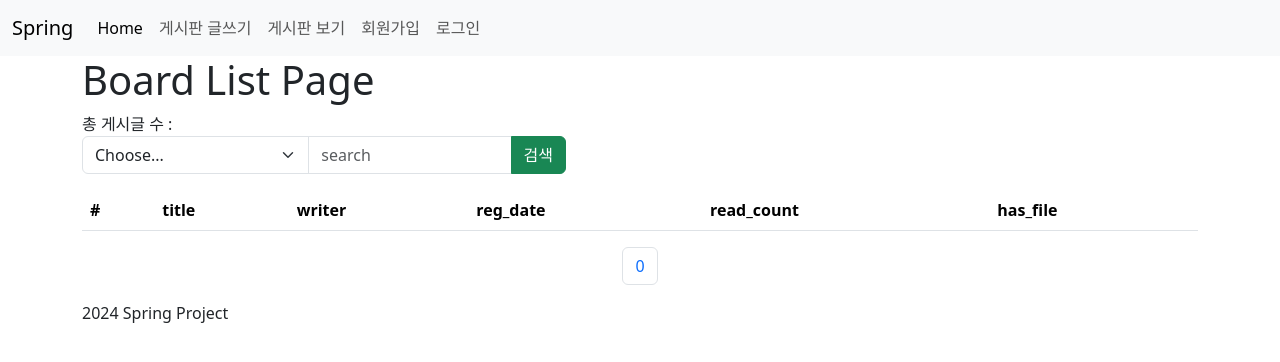
Repository: havanara/240423_SPRING_Project
Page: http://localhost/spring_study/WEB-INF/views/board/list.jsp
An editor plug-in stored every save of this project. The page is shown before and after the next save, followed by the edit.
The browser window is 1280 px wide. The pictures show the whole page.
The page is served by Tomcat 9. Nobody is signed in. The template is opened directly, without the code that normally fills it, so the values that code supplies are empty.

Above is the page before, as saved 2024-04-30 05:57:21.

### spring_study/src/main/webapp/WEB-INF/views/board/list.jsp
<%@ page language="java" contentType="text/html; charset=UTF-8"
    pageEncoding="UTF-8"%>
    <%@taglib uri="http://java.sun.com/jsp/jstl/core" prefix="c"%>

<jsp:include page="../layout/header.jsp" />

<div class="container-md">
	<h1>Board List Page</h1>
	<span>총 게시글 수 : ${ph.totalCount }</span>

	<!-- 검색 라인 -->
	<form action="/board/list" method="get" class="row g-3">
		<div class="input-group mb-3" style="width: 500px;">
			<select class="form-select" name="type" aria-label="Default select example">
			<!-- == 처리해도 되고 eq 처리해도 됨 둘다 같으면 이라는 같은 의미 -->
			  <option ${ph.pgvo.type == null? 'selected' : ''} selected>Choose...</option>
			  <option value="t" ${ph.pgvo.type eq 't'? 'selected' : ''}>title</option>
			  <option value="w" ${ph.pgvo.type eq 'w'? 'selected' : ''}>writer</option>
			  <option value="c" ${ph.pgvo.type eq 'c'? 'selected' : ''}>content</option>
			  <option value="tc" ${ph.pgvo.type eq 'tc'? 'selected' : ''}>title&content</option>
			  <option value="wc" ${ph.pgvo.type eq 'wc'? 'selected' : ''}>writer&content</option>
			  <option value="tw" ${ph.pgvo.type eq 'tw'? 'selected' : ''}>title&writer</option>
			  <option value="twc" ${ph.pgvo.type eq 'twc'? 'selected' : ''}>all</option>
			</select>
			<input class="form-control" name="keyword" type="text" value="${ph.pgvo.keyword }"
			placeholder="search" aria-label="default input example">
			<input type="hidden" name="pageNo" value="1">
			<input type="hidden" name="qty" value="10">
			<button type="submit" class="btn btn-success">검색</button>
		</div>
	</form>

	<table class="table table-hover">
		<thead>
			<tr>
				<th>#</th>
				<th>title</th>
				<th>writer</th>
				<th>reg_date</th>
				<th>read_count</th>
				<th>has_file</th>
			</tr>
		</thead>
		<tbody class="table-group-divider">
		<c:forEach items="${list }" var="bvo">
			<tr>
				<td>${bvo.bno }</td>
				<td><a href="/board/detail?bno=${bvo.bno }">${bvo.title } (${bvo.cmt_qty })</a></td>
				<td>${bvo.writer }</td>
				<td>${bvo.reg_date }</td>
				<td>${bvo.read_count }</td>
				<td>${bvo.has_file }</td>
			</tr>
		</c:forEach>
		</tbody>
	</table>

	<!-- 페이지네이션 라인 -->
	<nav aria-label="Page navigation example">
		<ul class="pagination justify-content-center">
			<c:if test="${ph.prev }">
				<li class="page-item">
					<a class="page-link" href="/board/list?pageNo=${ph.startPage-1 }&qty=${ph.pgvo.qty}
					&type=${ph.pgvo.type}&keyword=${ph.pgvo.keyword}">이전</a>
				</li>
			</c:if>

			<c:forEach begin="${ph.startPage }" end="${ph.endPage }" var="i">
				<li class="page-item"><a class="page-link" href="/board/list?pageNo=${i }&qty=${ph.pgvo.qty}
				&type=${ph.pgvo.type}&keyword=${ph.pgvo.keyword}">${i }</a></li>
			</c:forEach>

			<c:if test="${ph.next }">
				<li class="page-item">
					<a class="page-link" href="/board/list?pageNo=${ph.endPage+1 }&qty=${ph.pgvo.qty}
					&type=${ph.pgvo.type}&keyword=${ph.pgvo.keyword}">다음</a>
				</li>
			</c:if>
		</ul>
	</nav>
</div>

<jsp:include page="../layout/footer.jsp" />

### spring_study/src/main/webapp/WEB-INF/views/layout/header.jsp
<%@ page language="java" contentType="text/html; charset=UTF-8"
    pageEncoding="UTF-8"%>
    <%@ taglib uri="http://java.sun.com/jsp/jstl/core" prefix="c" %>
<!DOCTYPE html>
<html>
<head>
<meta charset="UTF-8">
<title>header.jsp</title>
<link href="https://cdn.jsdelivr.net/npm/bootstrap@5.3.3/dist/css/bootstrap.min.css" rel="stylesheet" integrity="sha384-QWTKZyjpPEjISv5WaRU9OFeRpok6YctnYmDr5pNlyT2bRjXh0JMhjY6hW+ALEwIH" crossorigin="anonymous">
<script src="https://cdn.jsdelivr.net/npm/bootstrap@5.3.3/dist/js/bootstrap.bundle.min.js" integrity="sha384-YvpcrYf0tY3lHB60NNkmXc5s9fDVZLESaAA55NDzOxhy9GkcIdslK1eN7N6jIeHz" crossorigin="anonymous"></script>
</head>
<body>
<nav class="navbar navbar-expand-lg bg-body-tertiary">
  <div class="container-fluid">
    <a class="navbar-brand" href="#">Spring</a>
    <button class="navbar-toggler" type="button" data-bs-toggle="collapse" data-bs-target="#navbarSupportedContent" aria-controls="navbarSupportedContent" aria-expanded="false" aria-label="Toggle navigation">
      <span class="navbar-toggler-icon"></span>
    </button>
    <div class="collapse navbar-collapse" id="navbarSupportedContent">
      <ul class="navbar-nav me-auto mb-2 mb-lg-0">
        <li class="nav-item">
          <a class="nav-link active" aria-current="page" href="/">Home</a>
        </li>
        <li class="nav-item">
          <a class="nav-link" href="/board/register">게시판 글쓰기</a>
        </li>
        <li class="nav-item">
          <a class="nav-link" href="/board/list">게시판 보기</a>
        </li>
        <li class="nav-item">
          <a class="nav-link" href="/member/register">회원가입</a>
        </li>

        <c:if test="${ses.id eq null }">
        <li class="nav-item">
          <a class="nav-link" href="/member/login">로그인</a>
        </li>
        </c:if>

        <c:if test="${ses.id ne null }">
        <li class="nav-item">
          <a class="nav-link" href="/member/logout">로그아웃</a>
        </li>

        <li class="nav-item">
          <a class="nav-link" href="/member/modify">${ses.id }(${ses.email })님 환영합니다!</a>
        </li>
        </c:if>

      </ul>
    </div>
  </div>
</nav>

### spring_study/src/main/webapp/WEB-INF/views/layout/footer.jsp
<%@ page language="java" contentType="text/html; charset=UTF-8"
    pageEncoding="UTF-8"%>
<!DOCTYPE html>

<div class="container-md">
	2024 Spring Project
</div>

</body>
</html>

After the next save:
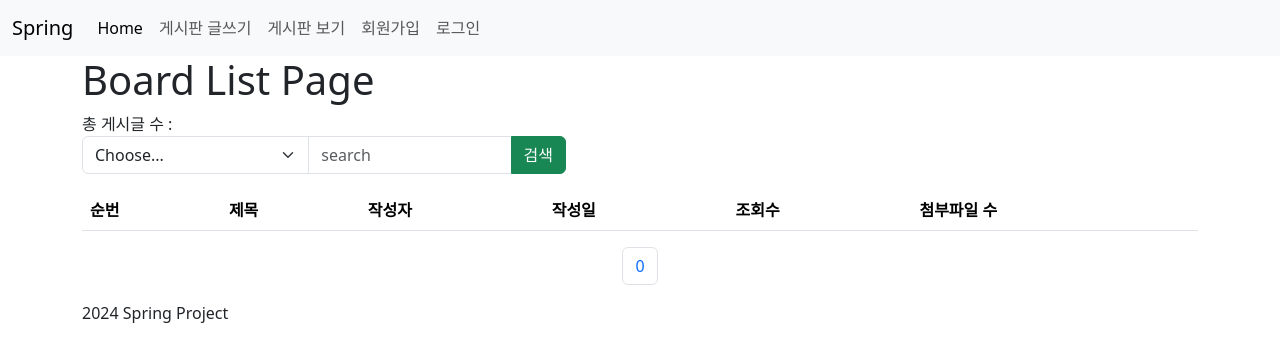
Saved 6 min 35 s later.
--- a/spring_study/src/main/webapp/WEB-INF/views/board/list.jsp
+++ b/spring_study/src/main/webapp/WEB-INF/views/board/list.jsp
@@ -33,12 +33,12 @@
 	<table class="table table-hover">
 		<thead>
 			<tr>
-				<th>#</th>
-				<th>title</th>
-				<th>writer</th>
-				<th>reg_date</th>
-				<th>read_count</th>
-				<th>has_file</th>
+				<th>순번</th>
+				<th>제목</th>
+				<th>작성자</th>
+				<th>작성일</th>
+				<th>조회수</th>
+				<th>첨부파일 수</th>
 			</tr>
 		</thead>
 		<tbody class="table-group-divider">
